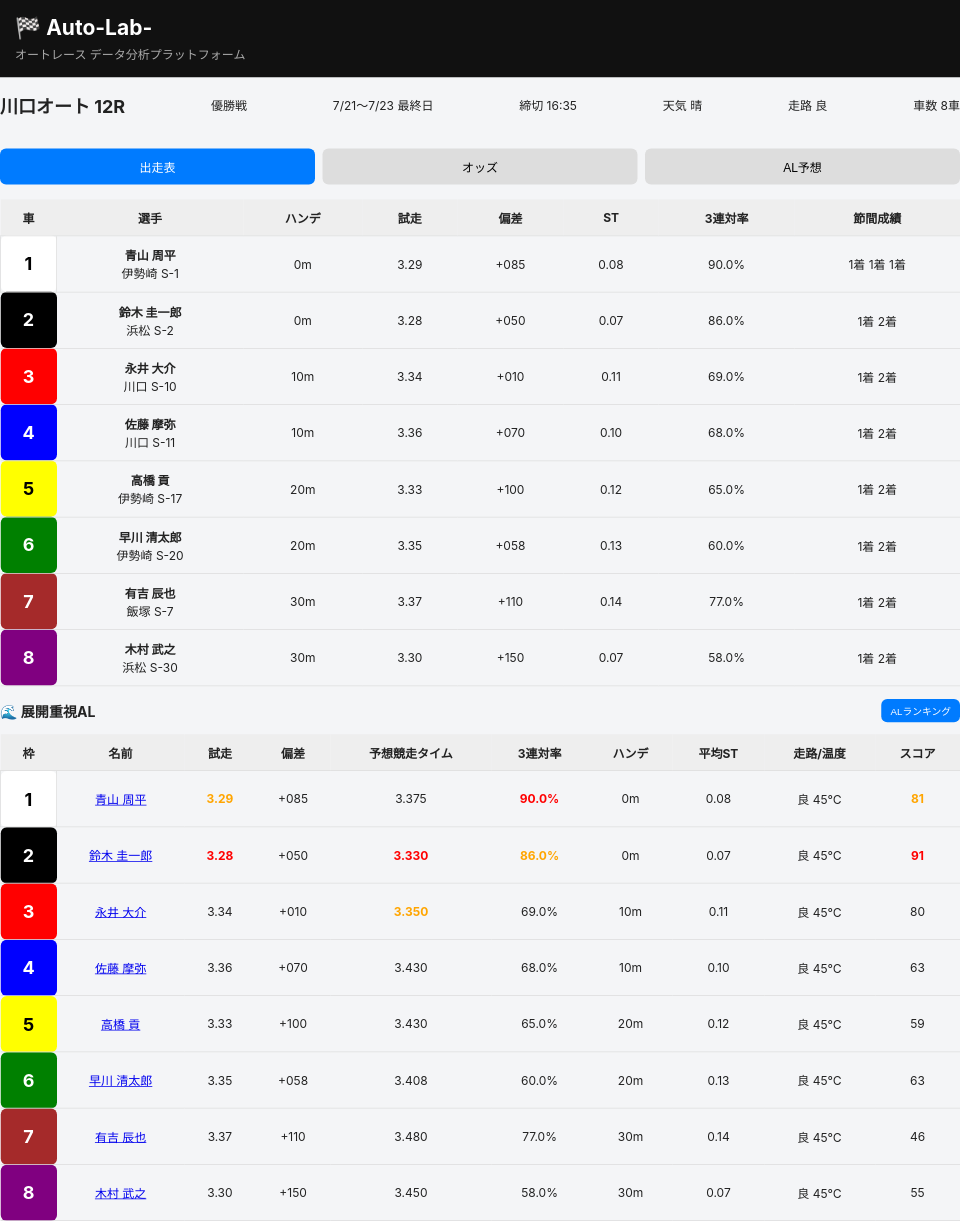
Repository: autorace-lab/Auto-Lab--main
Page: race.html
The author's editor kept a copy of each file at every save. The page is drawn from the files as they stood at one save, then again after the next save.
The browser window is 1280 px wide. The pictures show the whole page, at 75% of full size.

Above is the page before, as saved 2026-08-01 13:02:20.

After the next save:
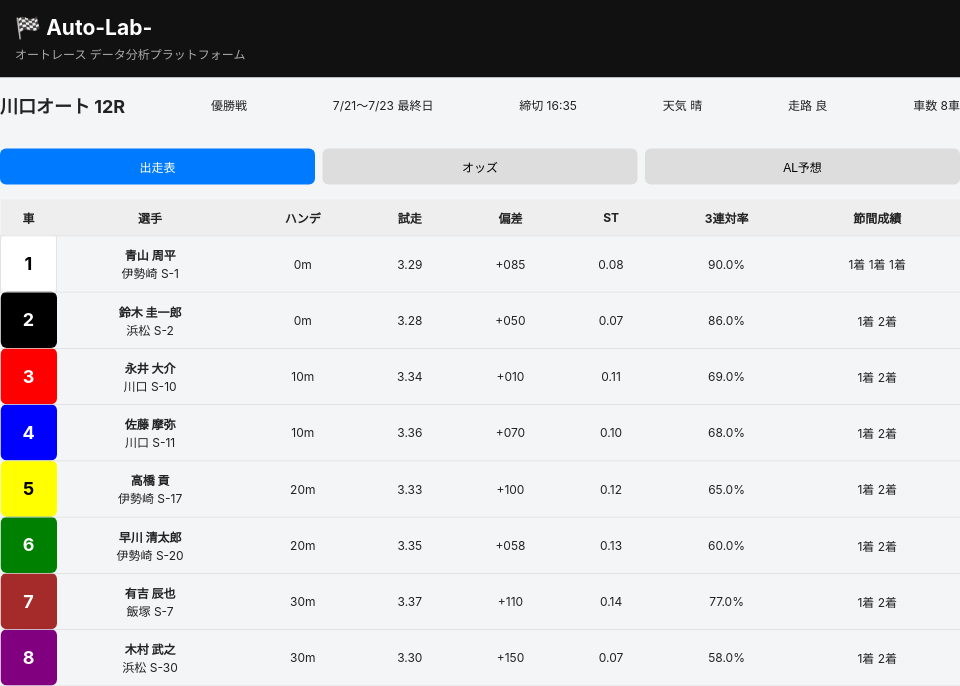
Saved 4 min 7 s later.
--- a/race.html
+++ b/race.html
@@ -266,8 +266,7 @@
 </div>
 
 
-<div id="developmentAL" style="display:none;"></div>
-
+<div id="developmentAL" style="display:none;">
 <div class="al-header">
     <h3>🌊 展開重視AL</h3>
 
@@ -275,12 +274,7 @@
     ALランキング
 </button>
 
-
-
     </div>
-
-
-
 
 
 <table>
@@ -306,13 +300,6 @@
 
 </div>
 
-
-
-
-
-
-</div>
-
 <script src="script.js"></script>
 
 </body>
